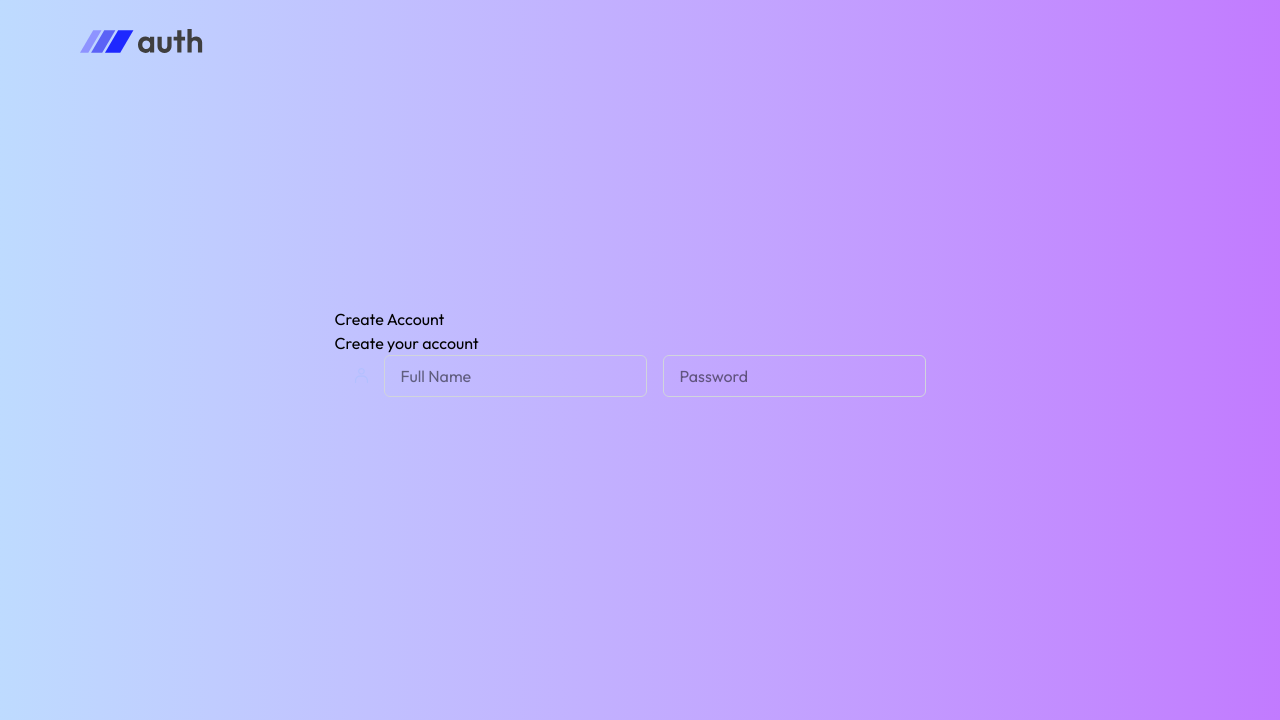
Repository: AuthnSapuarachchi/AuthnticationApplication-MERN-Stack
Page: /login (app in client/)
The author's editor kept a copy of each file at every save. The page is drawn from the files as they stood at one save, then again after the next save.
The browser window is 1280 px wide. The pictures show the whole page.
The project was rebuilt for these pictures with package versions that can differ from the ones it lists, and the page was loaded fresh each time. Also part of the build but not shown: client/vite.config.js, client/src/components/NavBar.jsx, client/src/components/Header.jsx, client/src/pages/home.jsx, client/src/pages/ResetPassword.jsx, client/src/pages/EmailVerify.jsx.

Above is the page before, as saved 2025-07-31 12:04:10.

### client/index.html
<!doctype html>
<html lang="en">
  <head>
    <meta charset="UTF-8" />
    <link rel="icon" type="image/svg+xml" href="/favicon.svg" />
    <meta name="viewport" content="width=device-width, initial-scale=1.0" />
    <title>AuthCodeLab - MERN AUTH</title>
  </head>
  <body>
    <div id="root"></div>
    <script type="module" src="/src/main.jsx"></script>
  </body>
</html>

### client/src/main.jsx
import { StrictMode } from 'react'
import { createRoot } from 'react-dom/client'
import './index.css'
import App from './App.jsx'
import { BrowserRouter } from 'react-router-dom';

createRoot(document.getElementById('root')).render(
  <BrowserRouter>
    <App />
  </BrowserRouter>,
)

### client/src/index.css
@import url('https://fonts.googleapis.com/css2?family=Outfit:wght@100..900&display=swap');
@import "tailwindcss";

*{
  font-family: "Outfit", sans-serif;
}

### client/src/App.jsx
import React from 'react'
import { Routes, Router, Route } from 'react-router-dom'
import Home from './pages/home'
import Login from './pages/login'
import ResetPassword from './pages/ResetPassword'
import EmailVerify from './pages/EmailVerify'

const App = () => {
  return (
    <div>
      <Routes>
        <Route path='/' element={<Home />} />
        <Route path='/login' element={<Login />} />
        <Route path='/reset-password' element={<ResetPassword />} />
        <Route path='/email-verify' element={<EmailVerify />} />
      </Routes>
    </div>
  )
}

export default App

### client/src/pages/login.jsx
import React, { useState } from 'react'
import { assets } from '../assets/assets';

const Login = () => {
  const [state, setState] = useState('Sign Up');

  return (
    <div className='flex items-center justify-center min-h-screen px-6 sm:px-0 bg-gradient-to-r from-blue-200 to-purple-400 relative'>
      <img src={assets.logo} alt="" className='absolute left-5 sm:left-20
      top-5 w-28 sm:w-32 cursor-pointer' />
      <div>
        <h2>{state === 'Sign Up' ? 'Create Account' : 'Login'}</h2>
        <p>{state === 'Sign Up' ? 'Create your account' : 'Login to your account'}</p>
        <form>
          <div className=' mb-4 flex items-center gap-4 w-full px-5 '>
            <img src={assets.person_icon} alt="" />
            <input type="text" placeholder='Full Name' className='border border-gray-300 px-4 py-2 rounded-md' required/>
            <input type="password" placeholder='Password' className='border border-gray-300 px-4 py-2 rounded-md' />
          </div>
        </form>
      </div>
    </div>
  )
}

export default Login

### client/src/assets/assets.js
import arrow_icon from './arrow_icon.svg'
import lock_icon from './lock_icon.svg'
import logo from './logo.svg'
import mail_icon from './mail_icon.svg'
import person_icon from './person_icon.svg'
import hand_wave from './hand_wave.png'
import header_img from './header_img.png'

export const assets = {
    arrow_icon,
    lock_icon,
    logo,
    mail_icon,
    person_icon,
    hand_wave,
    header_img
}

After the next save:
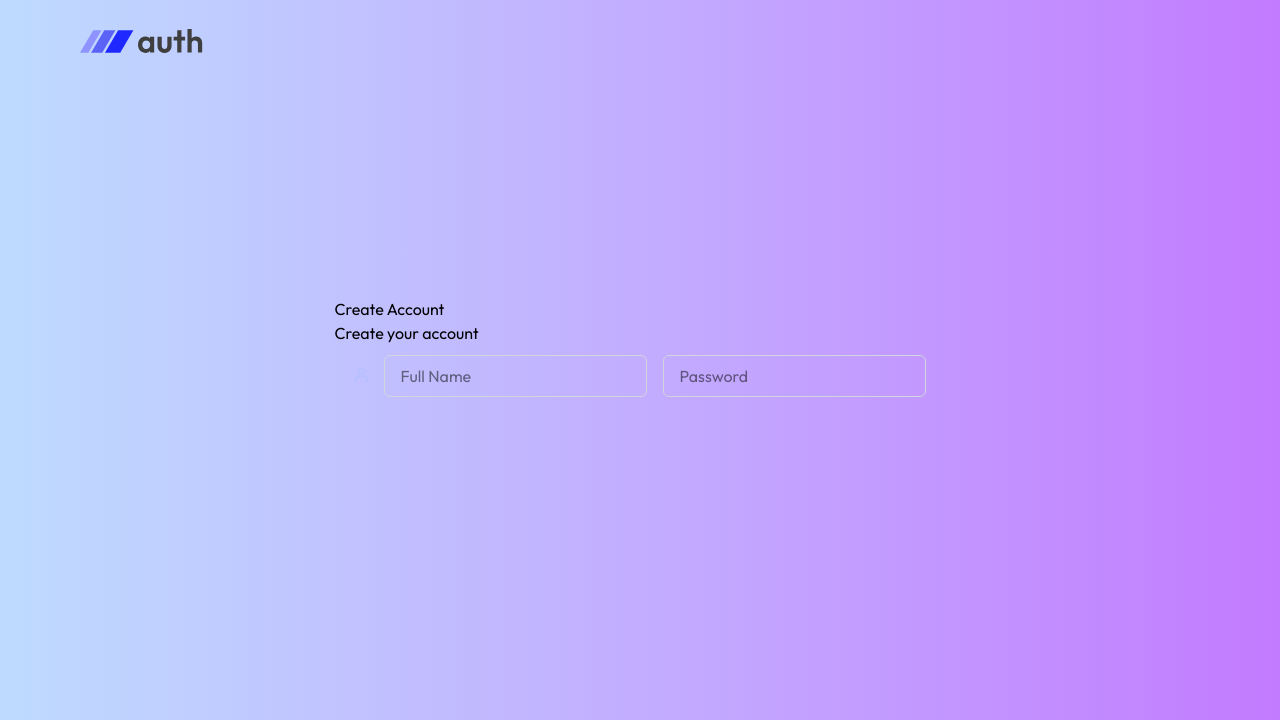
Saved 5 s later.
--- a/client/src/pages/login.jsx
+++ b/client/src/pages/login.jsx
@@ -12,7 +12,7 @@ const Login = () => {
         <h2>{state === 'Sign Up' ? 'Create Account' : 'Login'}</h2>
         <p>{state === 'Sign Up' ? 'Create your account' : 'Login to your account'}</p>
         <form>
-          <div className=' mb-4 flex items-center gap-4 w-full px-5 '>
+          <div className=' mb-4 flex items-center gap-4 w-full px-5 py-2.5'>
             <img src={assets.person_icon} alt="" />
             <input type="text" placeholder='Full Name' className='border border-gray-300 px-4 py-2 rounded-md' required/>
             <input type="password" placeholder='Password' className='border border-gray-300 px-4 py-2 rounded-md' />
